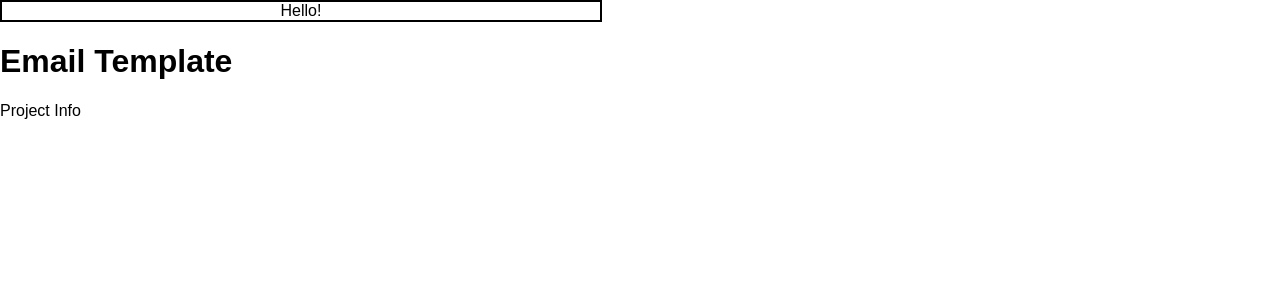
Repository: MikeeBuilds/email-template
Page: index.html
The author's editor kept a copy of each file at every save. The page is drawn from the files as they stood at one save, then again after a run of saves.
The browser window is 1280 px wide. The pictures show the whole page.

Above is the page before, as saved 2022-11-21 15:41:38.

After the next 4 saves:
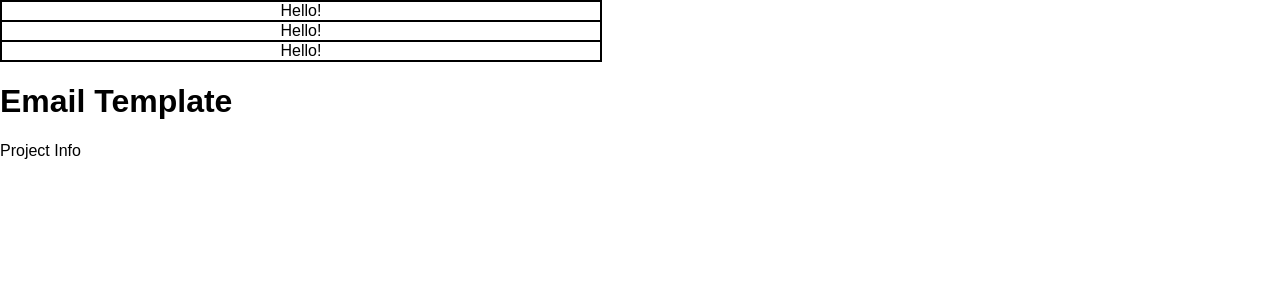
The 4 saves are shown as one change because they came seconds apart.
The last was saved 79 s later.
--- a/index.html
+++ b/index.html
@@ -32,6 +32,16 @@
                 Hello!
             </td>
         </tr>
+        <tr>
+            <td align="center" style="padding: 0;">
+                Hello!
+            </td>
+        </tr>
+        <tr>
+            <td align="center" style="padding: 0;">
+                Hello!
+            </td>
+        </tr>
     </table>
     <h1>Email Template</h1>
     <p>Project Info</p>
